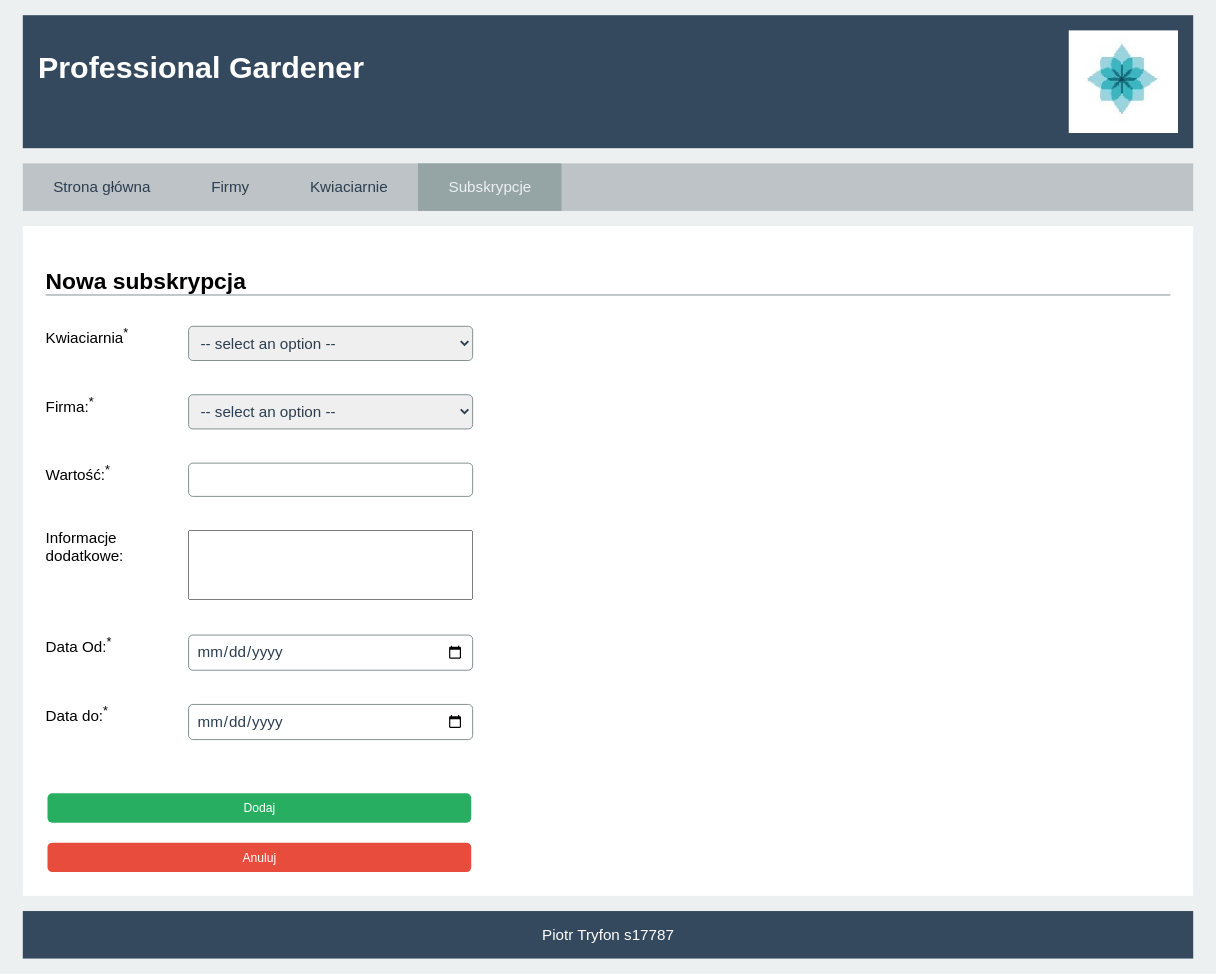
Repository: s17787/TIN
Page: tin_zaoczne_12_s17787_html-css/pages/subscription-form.html
An editor plug-in stored every save of this project. The page is shown before and after the next save, followed by the edit.
The browser window is 1280 px wide. The pictures show the whole page, at 95% of full size.

Above is the page before, as saved 2021-01-06 09:55:58.

After the next save:
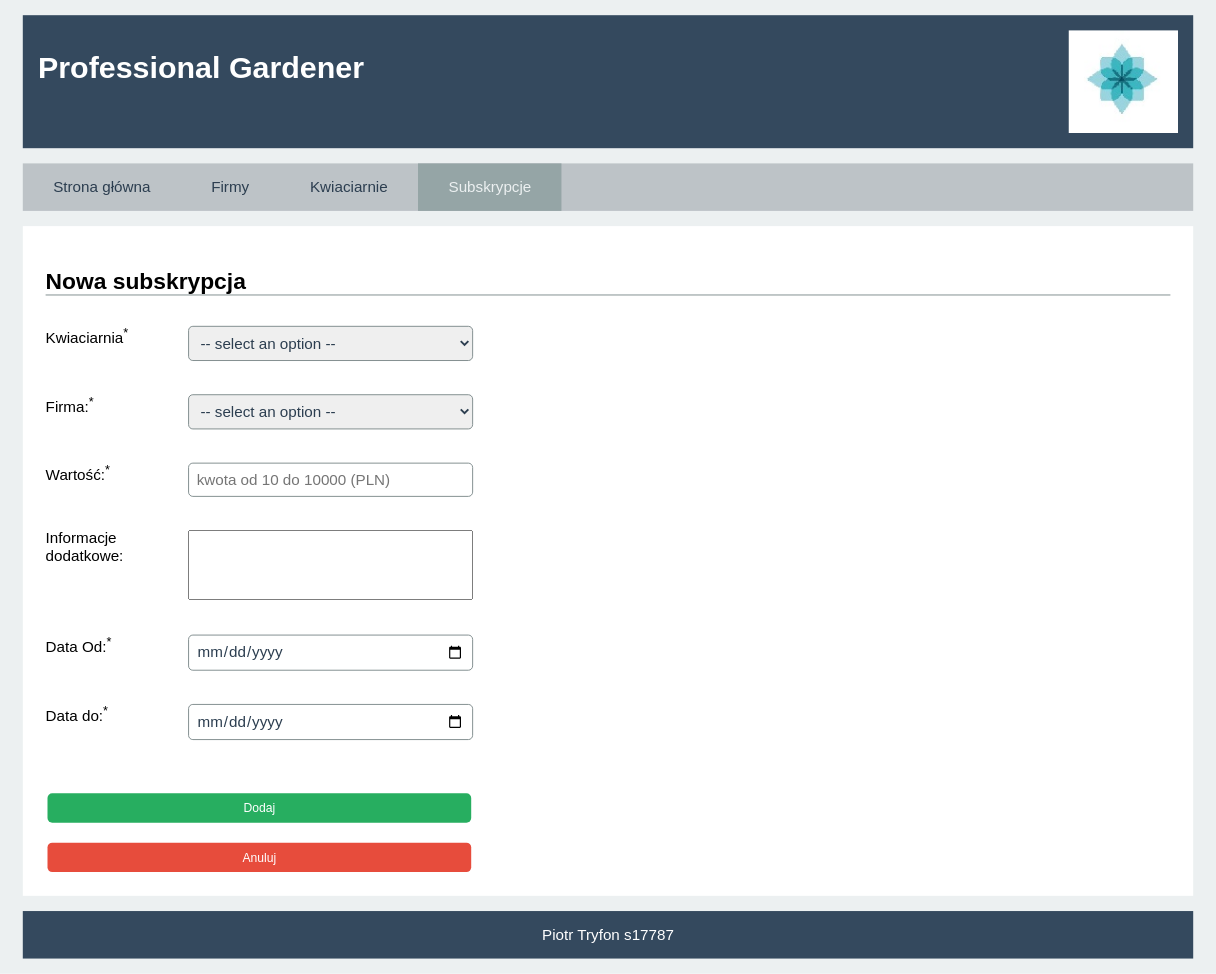
Saved 63 s later.
--- a/tin_zaoczne_12_s17787_html-css/pages/subscription-form.html
+++ b/tin_zaoczne_12_s17787_html-css/pages/subscription-form.html
@@ -45,7 +45,7 @@
             <!--</div>-->
             <!--<div class="form-group">-->
                 <label for="value">Wartość:<sup>*</sup></label>
-                <input type="text" name="value" id="value" />
+                <input type="text" name="value" id="value" placeholder="kwota od 10 do 10000 (PLN)"/>
                 <span id="errorValue" class="errors-text"></span>
             <!--</div>-->
             <!--<div class="form-group">-->
